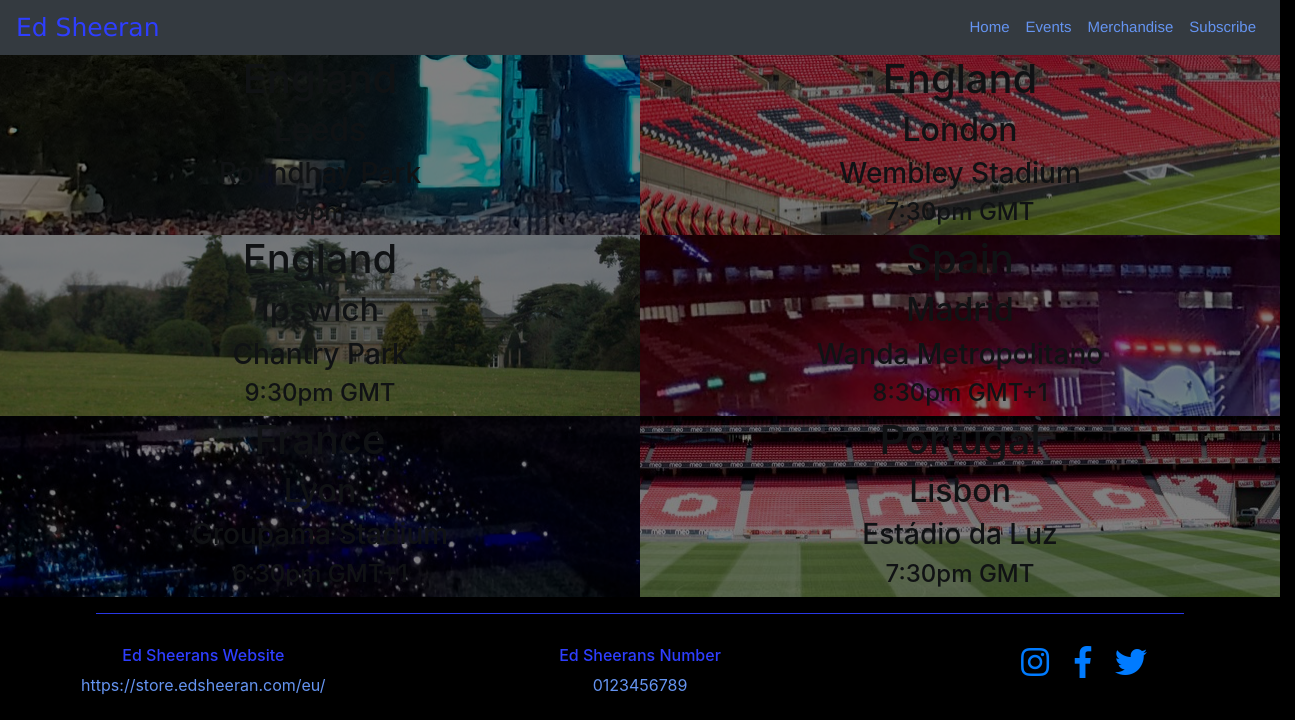
Repository: amit238/milestone-project-1
Page: events.html
The author's editor kept a record of every edit. The page is drawn from the files as they stood at one moment, then again after the next edit.
The browser window is 1280 px wide. The page is 1295 px wide, so the pictures cover 1295 px, including what lies to the right of the window. The pictures show the whole page.
The pointer rests on the first visible `.events-madrid`.
Some web libraries are served in a nearby version.

Above is the page before.

### events.html
<!DOCTYPE html>
<html lang="en">

<head>
  <meta charset="UTF-8">
  <meta name="viewport" content="width=device-width, initial-scale=1.0">
  <meta http-equiv="X-UA-Compatible" content="ie=edge">
  <link rel="stylesheet" href="https://maxcdn.bootstrapcdn.com/bootstrap/4.2.1/css/bootstrap.min.css" type="text/css" />
  <link rel="stylesheet" href="https://use.fontawesome.com/releases/v5.0.10/css/all.css" integrity="sha384-+d0P83n9kaQMCwj8F4RJB66tzIwOKmrdb46+porD/OvrJ+37WqIM7UoBtwHO6Nlg" crossorigin="anonymous">
  <link rel="stylesheet" href="assets/css/style.css">
  <title>Ed Sheeran - User Centric Frontend Project</title>
</head>

<body>
  <nav class="navbar navbar-expand-lg navbar-dark bg-dark">
    <a class="edsheeran-brand">Ed Sheeran</a>
    <button type="button" class="navbar-toggler" data-toggle="collapse" data-target="#main-menu" aria-expanded="true">
                <span class="navbar-toggler-icon"></span>
            </button>
    <div id="main-menu" class="navbar-collapse collapse">
      <ul class="navbar-nav ml-auto">
        <li class="nav-item active"><a class="nav-link" href="index.html">Home</a></li>
        <li class="nav-item"><a class="nav-link" href="events.html">Events</a></li>
        <li class="nav-item"><a class="nav-link" href="merchandise.html">Merchandise</a></li>
        <li class="nav-item"><a class="nav-link" href="subscribe.html">Subscribe</a></li>
      </ul>
    </div>
  </nav>
  <div class="container-fluid">
    <div class="row">
      <div class="col-12 col-md-6 events-leeds">
        <div class="events-center">
          <h1>England</h1>
          <h2>Leeds</h2>
          <h3>Roundhay Park</h3>
          <h4>9pm</h4>
        </div>
      </div>
      <div class="col-12 col-md-6 events-london">
        <div class="events-center">
        <h1>England</h1>
        <h2>London</h2>
        <h3>Wembley Stadium</h3>
        <h4>7:30pm GMT</h4>
        </div>
      </div>
    </div>
    <div class="row">
      <div class="col-12 col-md-6 events-ipswich">
        <div class="events-center">
        <h1>England</h1>
        <h2>Ipswich</h2>
        <h3>Chantry Park</h3>
        <h4>9:30pm GMT</h4>
        </div>
      </div>
      <div class="col-12 col-md-6 events-madrid">
        <div class="events-center">
        <h1>Spain</h1>
        <h2>Madrid</h2>
        <h3>Wanda Metropolitano</h3>
        <h4>8:30pm GMT+1</h4>
        </div>
      </div>
    </div>
    <div class="row">
      <div class="col-12 col-md-6 events-lyon">
        <div class="events-center">
        <h1>France</h1>
        <h2>Lyon</h2>
        <h3>Groupama Stadium</h3>
        <h4>6:30pm GMT+1</h4>
        </div>
      </div>
      <div class="col-12 col-md-6 events-lisbon">
        <div class="events-center">
        <h1>Portugal</h1>
        <h2>Lisbon</h2>
        <h3>Estádio da Luz</h3>
        <h4>7:30pm GMT</h4>
        </div>
      </div>
    </div>
  </div>
  <footer>
    <hr>
    <div class="row">
      <div class="col-sm-4">
        <h6 class=footer-header>Ed Sheerans Website</h6>
        <a href="https://store.edsheeran.com/eu/" target="_blank" class=footer-p>https://store.edsheeran.com/eu/</a>
      </div>
      <div class="col-sm-4">
        <h6 class=footer-header>Ed Sheerans Number</h6>
        <p class=footer-p>0123456789</p>
      </div>
      <div class="col-sm-4">
        <ul class="list-inline social-links">
          <li class="list-inline-item"><a target="_blank" href="https://www.facebook.com"><i></i></a>
          </li>
          <li class="list-inline-item"><a target="_blank" href="https://www.instagram.com/teddysphotos/?hl=en"><i class="fab fa-instagram fa-2x fa-fw"></i></a>
            <li class="list-inline-item"><a target="_blank" href="https://en-gb.facebook.com/EdSheeranMusic"><i class="fab fa-facebook-f fa-2x fa-fw"></i></a>
              <li class="list-inline-item"><a target="_blank" href="https://twitter.com/edsheeran?lang=en"><i class="fab fa-twitter fa-2x fa-fw"></i></a>
              </li>
        </ul>
      </div>
    </div>
  </footer>
  <script src="https://code.jquery.com/jquery-3.3.1.slim.min.js" integrity="sha384-q8i/X+965DzO0rT7abK41JStQIAqVgRVzpbzo5smXKp4YfRvH+8abtTE1Pi6jizo" crossorigin="anonymous"></script>
  <script src="https://cdnjs.cloudflare.com/ajax/libs/popper.js/1.14.6/umd/popper.min.js" integrity="sha384-wHAiFfRlMFy6i5SRaxvfOCifBUQy1xHdJ/yoi7FRNXMRBu5WHdZYu1hA6ZOblgut" crossorigin="anonymous"></script>
  <script src="https://stackpath.bootstrapcdn.com/bootstrap/4.2.1/js/bootstrap.min.js" integrity="sha384-B0UglyR+jN6CkvvICOB2joaf5I4l3gm9GU6Hc1og6Ls7i6U/mkkaduKaBhlAXv9k" crossorigin="anonymous"></script>
</body>

</html>

### assets/css/style.css
body {
    background-color: #000000;
}

/*--------------------NAVBAR--------------------*/

.navbar.navbar-expand-lg.navbar-dark.bg-dark .edsheeran-brand {
    color: #2E3EFF;
    font-family: Verdana, sans-serif;
    font-size: 25px;
    font-weight: 500;


}

.navbar.navbar-expand-lg.navbar-dark.bg-dark .nav-link {
    color: #6594F1;
    font-family: Helvetica, sans-serif;
    font-size: 15px;
    font-weight: 300;

}

/*--------------------INDEX--------------------*/

/*-------CAROUSEL--------*/

.size {
    width: 100%;
}

/*--------ABOUT--------*/

.about-card {
    margin-top: 2em;
    text-align: center;
    color: #2E3EFF;
    background-color: #343A40;
}


/*-------AUDIO-------*/

.audio-card {
    margin-top: 2em;
    text-align: center;
    color: #2E3EFF;
    background-color: #343A40;
}

/*--------ALBUM-------*/

.album-card {
    margin-top: 2em;
    text-align: center;
    color: #2E3EFF;
    background-color: #343A40;
    height: 14.8em;
}

.card-text {
    color: #6594F1;
}


/*--------------------MEDIA QUERIES_INDEX--------------------*/

/*@media screen and (min-width: 1380px) {*/

@media only screen and (max-width: 1380px) {}

/*@media only screen and (max-width: 576px) {}*/

/*--------------------FOOTER--------------------*/

footer {
    text-align: center;
}

hr {
    background: #2E3EFF;
    width: 85%;
}

.footer-header {
    color: #2E3EFF;
    margin-top: 1em;
}

.list-inline {
    margin-top: 1em;
}

.footer-p {
    color: #6594F1;
}

/*-------------------------Events-------------------------*/
.events-left {
    text-align: left;
    margin: 0;
    padding: 0;
}


.events-center {
    text-align: center;
}

.events-leeds {
    background-image: url("../../roundhay-park.png");
    background-repeat: no-repeat;
    opacity: 0.5;
}

.events-leeds:hover {
    opacity: 1;
    transition-duration: 2s;
    /*transition-timing-function: ease-in;*/
}

.events-london {
    background-image: url("../../wembley-stadium.png");
    background-repeat: no-repeat;
    opacity: 0.5;
}

.events-london:hover {
    opacity: 1;
    transition-duration: 2s;
    /*transition-timing-function: ease-in;*/
}

.events-ipswich {
    background-image: url("../../chantry-park.png");
    background-repeat: no-repeat;
    opacity: 0.5;
}

.events-ipswich:hover {
    opacity: 1;
    transition-duration: 2s;
    /*transition-timing-function: ease-in;*/
}

.events-madrid {
    background-image: url("../../wanda.png");
    background-repeat: no-repeat;
    opacity: 0.5;
}

.events-lyon {
    background-image: url("../../lyon.png");
    background-repeat: no-repeat;
    opacity: 0.5;
}

.events-lisbon {
    background-image: url("../../estadio.png");
    background-repeat: no-repeat;
    opacity: 0.5;
}

/*-------------------------Merchandise-------------------------*/

.card-title {
    color: #2E3EFF;
}

.card-merch {
    background-color: #343A40;
    text-align: center;
}

.merchandise {
    text-align: center;
    color: #2E3EFF;
    font-weight: 600;
    margin: 1em;
}

.best-sellers {
    text-align: center;
    color: #6594F1;
    font-weight: 400;
    margin: 1em;
}

.latest-release {
    text-align: center;
    color: #6594F1;
    font-weight: 400;
    margin: 1em;
}

@media only screen and (max-width: 768px) {
    .card-merch {
        margin: 1em;
    }
}


/*-------------------------Subscribe-------------------------*/

/*.subscribe {*/

/*    text-align: center;*/

/*    color: #2E3EFF;*/

/*    font-weight: 600;*/

/*    margin-top: 1em;*/

/*}*/

.sub-background {
    background-image: url("../../ed-sheeran-singing.jpg");
    background-repeat: no-repeat;
    background-position: top;
    opacity: 0.5;
    height: 55em;
}

.sub-form {
    margin-top: 16em;
}

.form {
    padding: 1em;
}

.sub-btn {
    text-align: center;
    padding-bottom: 1em;
}

.sub-head {
    text-align: center;
    font-size: 50px;
    padding: 40px;
    margin-top: 5em;
    background-color: #2E3EFF;
}

.sub-para {
    text-align: center;
    font-size: 25px;
}

.sub-background2 {
    background-image: url("../../ed-sheeran-guitar.jpg");
    background-repeat: no-repeat;
    background-position: top center;
    opacity: 0.5;
    height: 55em;
}

.sub-issue {
    text-align: center;
    font-size: 22px;
    margin-top: 17em
}

.sub-li {
    text-align: center;
    font-size: 22px;
    margin-top: 13em
}

.sub-map {
    text-align: center;
    margin-top: 17em;
}

.phone-li {
    margin: 1em;
}

.email-li {
    margin: 1em;
}

.mail-li {
    margin: 1em;
}

.sub-footer {
    margin-top: 2em;
}


@media only screen and (max-width: 768px) {
    .sub-form {
        margin-top: 0em;
    }
    .sub-head {
        margin-top: 0em;
    }
    .form {
        padding-bottom: 2em;
    }
}

@media only screen and (max-width: 1200px) {
    .sub-background2 {
        height: 60em;
    }
    .sub-issue {
        margin-top: 1em
    }
    .sub-li {
        margin-top: 1em;
    }
    .sub-map {
        margin-top: 1em
    }
}

@media only screen and (max-width: 435px) {
    .sub-map {
        display: none;
    }
}

@media only screen and (max-width: 352px) {
    .form {
        padding-bottom: 1em;
    }

    .sub-btn {
        padding-bottom: 0em;
    }
}

.sub-background:hover {
    opacity: 1;
    transition-duration: 2s;
    /*transition-timing-function: ease-in;*/
}

.sub-background2:hover {
    opacity: 1;
    transition-duration: 2s;
    /*transition-timing-function: ease-in;*/
}

After the next edit:
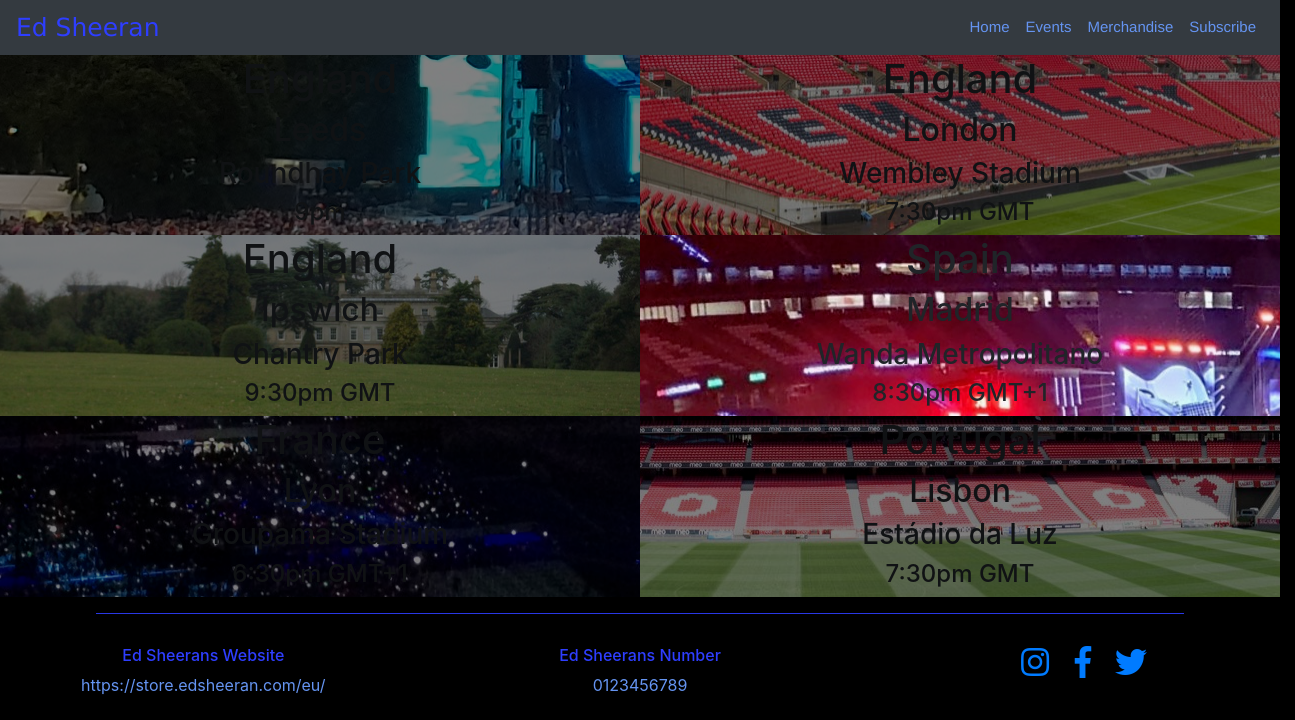
The edit:
--- a/assets/css/style.css
+++ b/assets/css/style.css
@@ -149,6 +149,12 @@
     opacity: 0.5;
 }
 
+.events-madrid:hover {
+    opacity: 1;
+    transition-duration: 2s;
+    /*transition-timing-function: ease-in;*/
+}
+
 .events-lyon {
     background-image: url("../../lyon.png");
     background-repeat: no-repeat;
